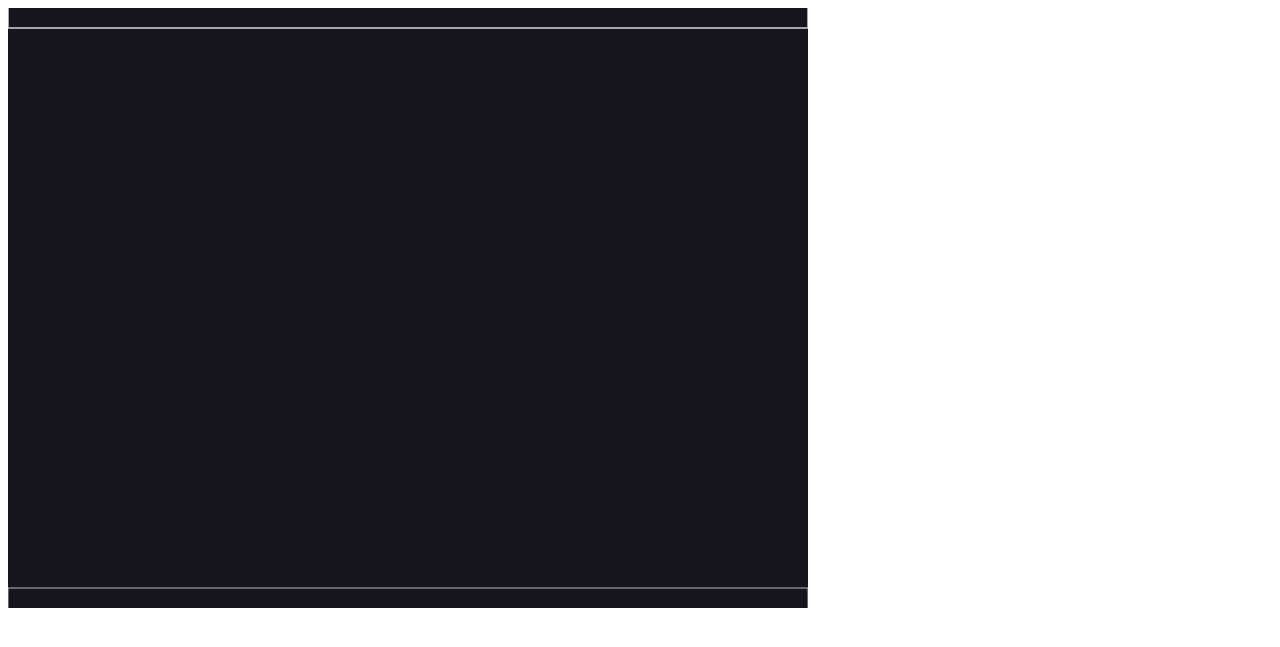
Repository: zhapar/JS-Bootcamp
Page: 3. Maze/index.html
These files come from the project's save history. The page is drawn as it stood at one moment and after the next save; the edit follows.
The browser window is 1280 px wide. The pictures show the whole page.
Some web libraries are served in a nearby version.

Above is the page before, as saved 2020-07-12 18:10:11.

### 3. Maze/index.html
<!DOCTYPE html>
<html lang="en">

<head>
  <meta charset="UTF-8">
  <meta name="viewport" content="width=device-width, initial-scale=1.0">
  <script src="https://cdnjs.cloudflare.com/ajax/libs/matter-js/0.14.2/matter.min.js"
    integrity="sha512-pi0tSRZdlNRZeANPwdAIHRAYg6gZZV6QlAiyHXn5TYqLzBKE9jlttO/QgYLMhISD6oNv2kPsVelx+n5nw0FqKA=="
    crossorigin="anonymous"></script>
  <title>Maze</title>
</head>

<body>


  <script src="app.js"></script>
</body>

</html>

### 3. Maze/app.js
const { Engine, Render, Runner, World, Bodies } = Matter;

const engine = Engine.create();
const { world } = engine;
const render = Render.create({
  element: document.body,
  engine: engine,
  options: {
    width: 800,
    height: 600,
  },
});

Render.run(render);
Runner.run(Runner.create(), engine);

const shape = Bodies.rectangle(200, 200, 50, 50, {
  isStatic: true,
});
const walls = [
  Bodies.rectangle(400, 0, 800, 40, { isStatic: true }),
  Bodies.rectangle(400, 600, 800, 40, { isStatic: true }),
  Bodies.rectangle(400, 0, 800, 40, { isStatic: true }),
  Bodies.rectangle(400, 0, 800, 40, { isStatic: true }),
];
World.add(world, walls);

After the next save:
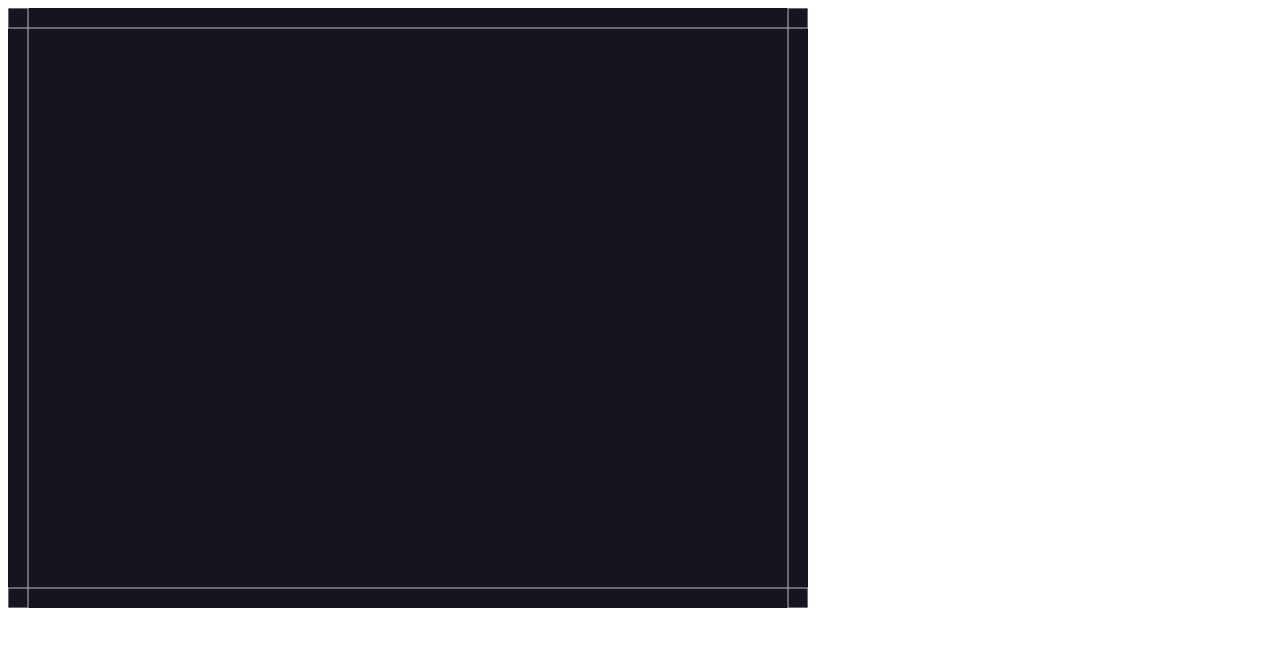
Saved 45 s later.
--- a/3. Maze/app.js
+++ b/3. Maze/app.js
@@ -20,7 +20,7 @@
 const walls = [
   Bodies.rectangle(400, 0, 800, 40, { isStatic: true }),
   Bodies.rectangle(400, 600, 800, 40, { isStatic: true }),
-  Bodies.rectangle(400, 0, 800, 40, { isStatic: true }),
-  Bodies.rectangle(400, 0, 800, 40, { isStatic: true }),
+  Bodies.rectangle(0, 300, 40, 600, { isStatic: true }),
+  Bodies.rectangle(800, 300, 40, 600, { isStatic: true }),
 ];
 World.add(world, walls);
